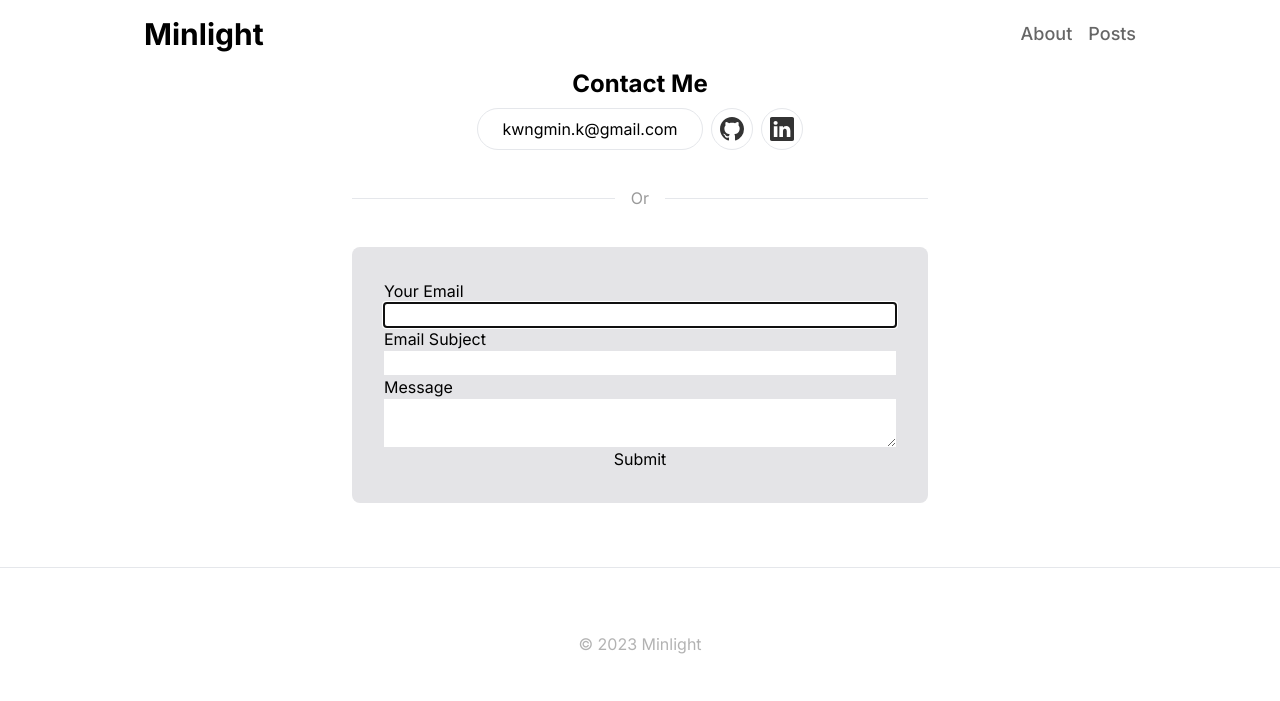
Repository: kwngmin/minlight-blog
Page: /contact
An editor plug-in stored every save of this project. The page is shown before and after the next save, followed by the edit.
The browser window is 1280 px wide. The pictures show the whole page.
The project was rebuilt for these pictures with package versions that can differ from the ones it lists, and the page was loaded fresh each time. The framework's server and built-in components were replaced by stand-ins that run in the browser. Also part of the build but not shown: next.config.js, src/components/banner.tsx.

Above is the page before, as saved 2023-04-03 17:05:42.

After the next save:
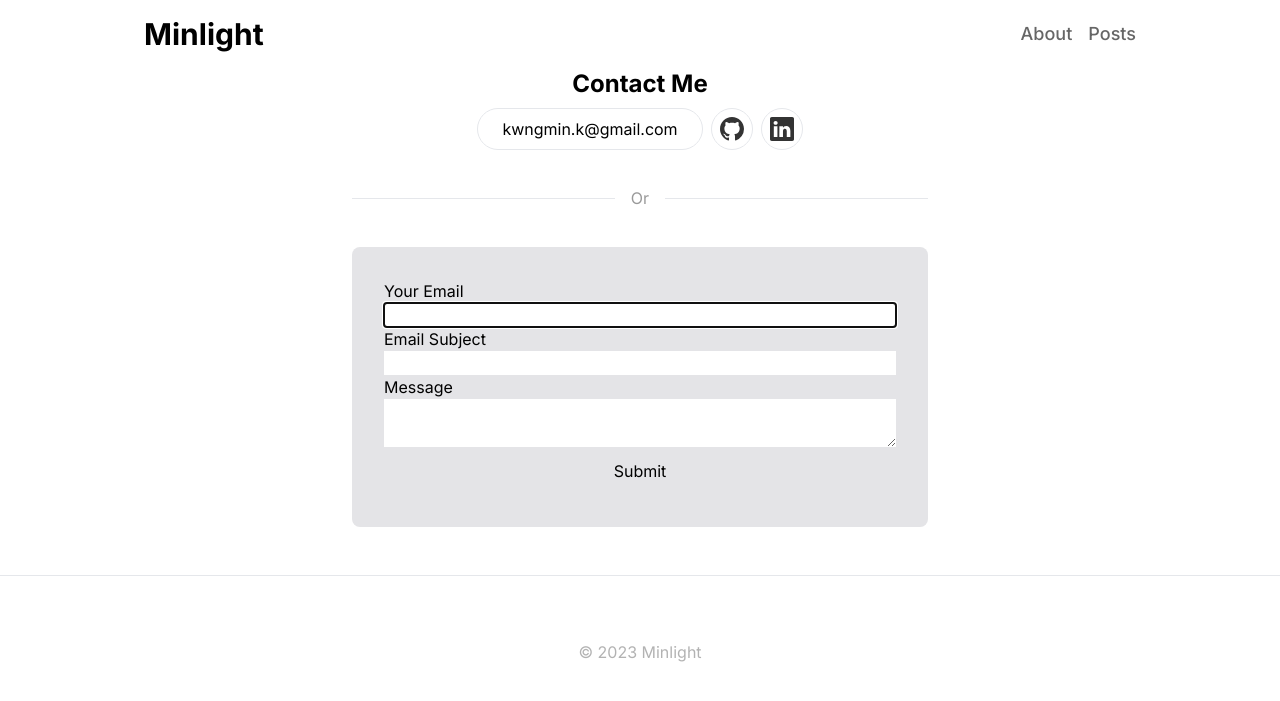
Saved 17 s later.
--- a/src/components/ContactForm.tsx
+++ b/src/components/ContactForm.tsx
@@ -66,7 +66,7 @@ export default function ContactForm() {
           value={form.message}
           onChange={onChange}
         />
-        <button className="bg-zinc-200 hover:bg-zinc-300">Submit</button>
+        <button className="bg-zinc-200 hover:bg-zinc-300 h-12">Submit</button>
       </form>
     </>
   );
